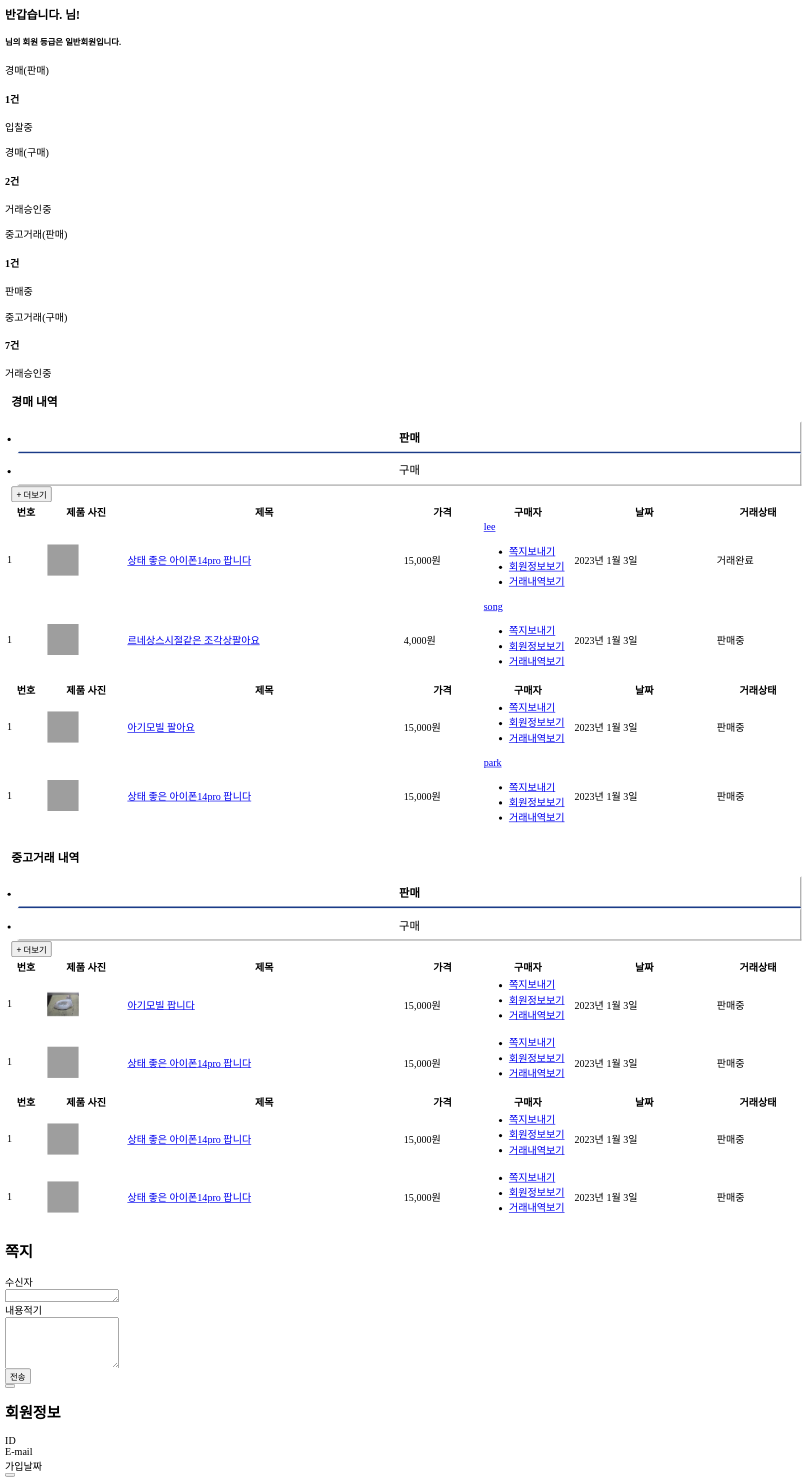
Repository: nicepsj/TeamDevelUp
Page: http://localhost/DevelUp/WEB-INF/history/myongo.jsp
The author's editor kept a copy of each file at every save. The page is drawn from the files as they stood at one save, then again after the next save.
The browser window is 1280 px wide. The pictures show the whole page, at 63% of full size.
Pictures or frames that could not be fetched are drawn as grey boxes. The page is served by Tomcat 9. Nobody is signed in. The template is opened directly, without the code that normally fills it, so the values that code supplies are empty.

Above is the page before, as saved 2023-01-25 12:03:11.

After the next save:
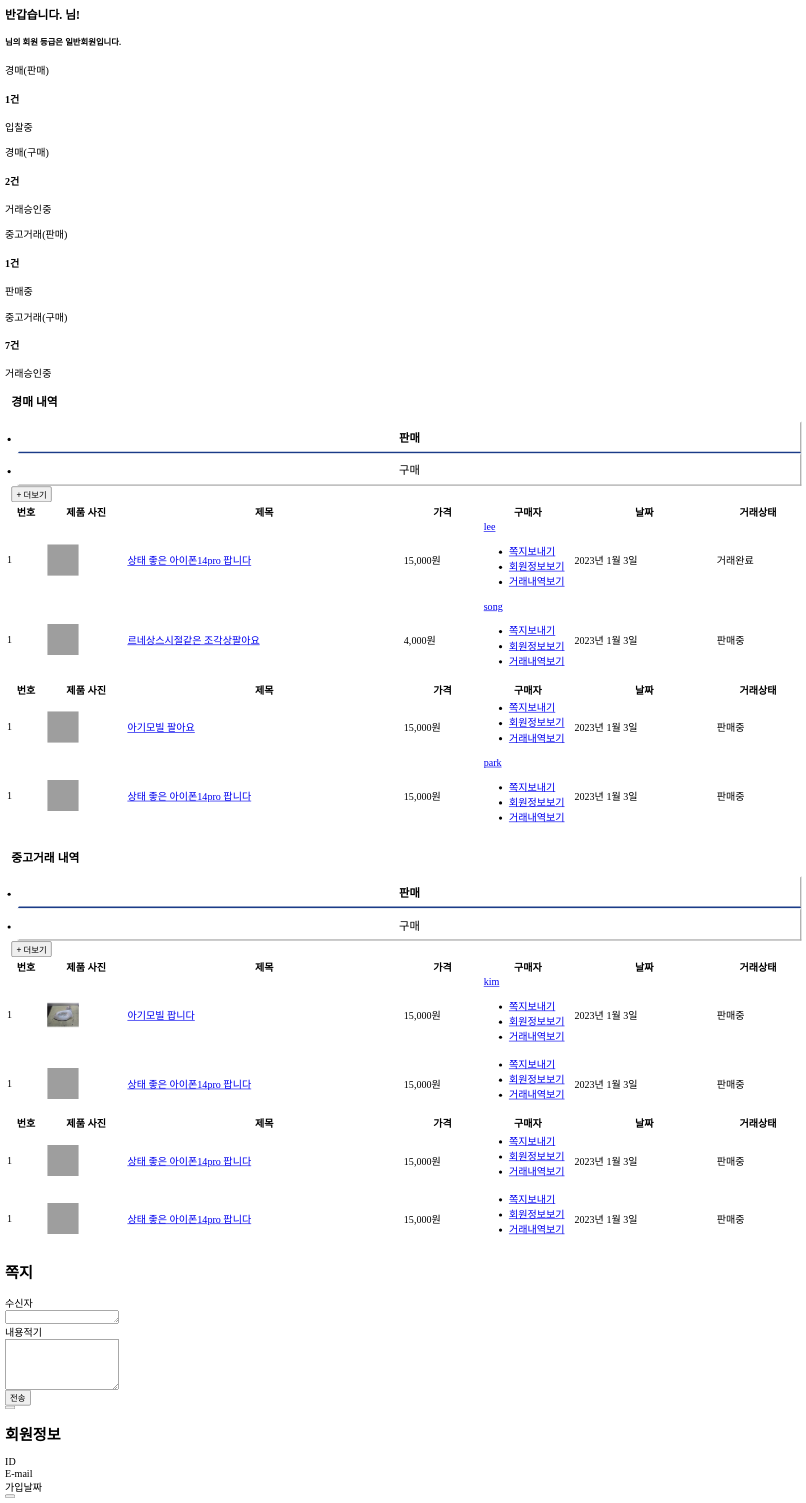
Saved 78 s later.
--- a/DevelUp/src/main/webapp/WEB-INF/history/myongo.jsp
+++ b/DevelUp/src/main/webapp/WEB-INF/history/myongo.jsp
@@ -363,7 +363,7 @@
 											<td>
 											<span class="blue-bold">
 											<a class="nav-link dropdown-toggle" href="#" role="button" data-bs-toggle="dropdown" aria-expanded="false" >
-									          ${user.member_id}
+									          kim
 									        </a>
 									        <ul class="dropdown-menu" style="width: 100px;">
 									            <li><a class="dropdown-item" href="#" title="쪽지보내기 팝업" data-bs-toggle="modal" data-bs-target="#sendNoteModal" id=sendnote>쪽지보내기</a></li>
